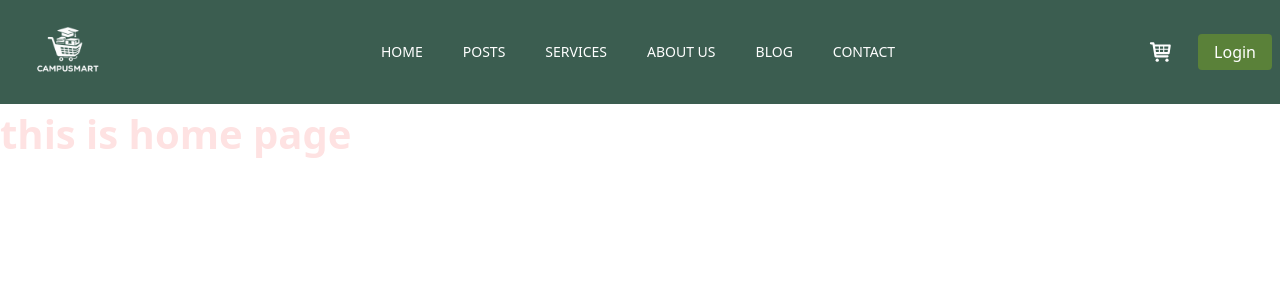
Repository: jahidhasanri/CAMPUSMART
Page: /
The author's editor kept a copy of each file at every save. The page is drawn from the files as they stood at one save, then again after the next save.
The browser window is 1280 px wide. The pictures show the whole page.
The project was rebuilt for these pictures with package versions that can differ from the ones it lists, and the page was loaded fresh each time. Also part of the build but not shown: vite.config.js.

Above is the page before, as saved 2026-01-12 21:58:48.

### index.html
<!doctype html>
<html lang="en">
  <head>
    <meta charset="UTF-8" />
    <link rel="icon" type="image/svg+xml" href="/vite.svg" />
    <meta name="viewport" content="width=device-width, initial-scale=1.0" />
    <title>campusmart</title>
  </head>
  <body>
    <div id="root"></div>
    <script type="module" src="/src/main.jsx"></script>
  </body>
</html>

### src/main.jsx
import { StrictMode } from 'react'
import { createRoot } from 'react-dom/client'
import './index.css'
import { RouterProvider } from 'react-router-dom'
import Router from './router/Router.jsx'


createRoot(document.getElementById('root')).render(
  <StrictMode>
    <RouterProvider router={Router} />
  </StrictMode>,
)

### src/router/Router.jsx
import { createBrowserRouter } from "react-router-dom";
import Home from "../Pages/Home.jsx";
import Main from "../components/Main.jsx";


const Router = createBrowserRouter([
  {
    path: "/",
    element: <Main></Main>,
    children:[
        {
            index:true,
            element:<Home></Home>
        }
    ]
  },
]);

export default Router;

### src/Pages/Home.jsx
import React from 'react';

const Home = () => {
    return (
        <div>
            <h1 className='text-[40px] font-bold text-red-100'>this is home page</h1>
        </div>
    );
};

export default Home;

### src/components/Main.jsx
import React from 'react';
import { Outlet } from 'react-router-dom';
import Navbar from './Navbar';

const Main = () => {
    return (
        <div className=''>
            <Navbar></Navbar>
            <div className="min-h-[calc(100vh-422px)]">

            <Outlet></Outlet>
            </div>
            {/* <Footer></Footer> */}
        </div>
    );
};

export default Main;

### src/components/Navbar.jsx

import { useState } from "react";
import { Link } from "react-router-dom";
import { TiShoppingCart } from "react-icons/ti";
import { HiMenuAlt3, HiX } from "react-icons/hi";

const Navbar = () => {
  const [menuOpen, setMenuOpen] = useState(false);

  const navLinks = [
    { name: "HOME", path: "/" },
    { name: "POSTS", path: "/products" },
    { name: "SERVICES", path: "/services" },
    { name: "ABOUT US", path: "/about" },
    { name: "BLOG", path: "/blog" },
    { name: "CONTACT", path: "/contact" },
  ];

  return (
    <header className="bg-[#3b5d50] text-white">
      <div className="max-w-[1300px]  mx-auto px-2 py-5">
        <div className="flex items-center justify-between h-16">

          {/* Logo */}
         <Link href={'/'}>
          <img src="/images/campu_logo-removebg-preview.png" className="w-30 h-20" alt="Green Nest Logo" />
         </Link>

          {/* Desktop Menu (lg only) */}
          <ul className="hidden lg:flex gap-10 font-normal text-sm">
            {navLinks.map((link) => {
              return (
                <li key={link.path}>
                  <Link
                    href={link.path}
                    className={`pb-1 transition-all duration-300`}
                  >
                    {link.name}
                  </Link>
                </li>
              );
            })}
          </ul>

          {/* Cart + Login (md and up) */}
          <Link href={'/login'} className="hidden md:flex items-center gap-6">
            <TiShoppingCart
              size={26}
              className="cursor-pointer hover:text-[#5a8139]"
            />
            <button className="bg-[#5a8139] hover:bg-[#5b8139d7] px-4 py-1.5 cursor-pointer rounded">
              Login
            </button>
          </Link>

          {/* Hamburger (md & sm only) */}
          <div className="lg:hidden">
            <button onClick={() => setMenuOpen(!menuOpen)}>
              {menuOpen ? <HiX size={28} /> : <HiMenuAlt3 size={28} />}
            </button>
          </div>
        </div>

        {/* Mobile + Tablet Menu */}
        {menuOpen && (
          <div className="lg:hidden mt-4">
            <ul className="flex flex-col gap-4 font-medium">
              {navLinks.map((link) => {
                return (
                  <li key={link.path}>
                    <Link
                      href={link.path}
                      onClick={() => setMenuOpen(false)}
                      className={`block pb-1`}
                    >
                      {link.name}
                    </Link>
                  </li>
                );
              })}
            </ul>

                <Link href={'/login'} className=" md:hidden items-center gap-6">
            <TiShoppingCart
              size={26}
              className="cursor-pointer mb-5 mt-5 hover:text-[#5a8139]"
            />
            <button className="bg-[#5a8139] mb-5 hover:bg-[#5b8139d7] px-4 py-1.5 cursor-pointer rounded">
              Login
            </button>
          </Link>

          </div>
        )}
      </div>
    </header>
  );
};

export default Navbar;

Loaded but not shown: src/index.css (common file); tailwind.config.js (common file)

After the next save:
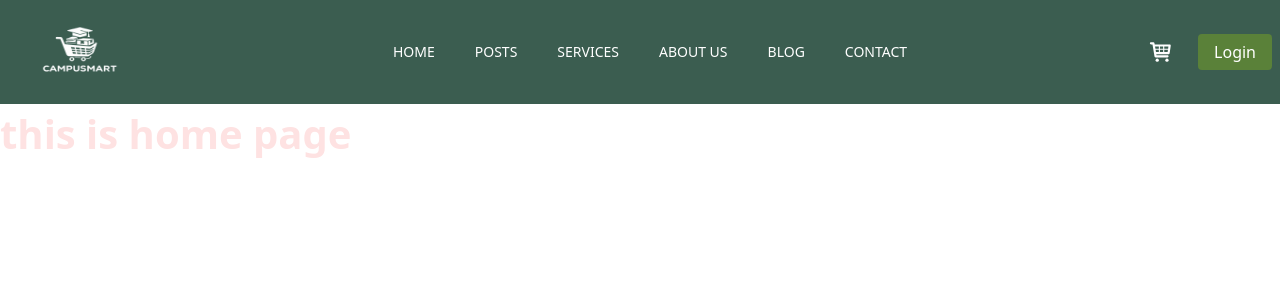
Saved 13 s later.
--- a/src/components/Navbar.jsx
+++ b/src/components/Navbar.jsx
@@ -23,7 +23,7 @@ const Navbar = () => {
 
           {/* Logo */}
          <Link href={'/'}>
-          <img src="/images/campu_logo-removebg-preview.png" className="w-30 h-20" alt="Green Nest Logo" />
+          <img src="/images/campu_logo-removebg-preview.png" className="w-36 h-20" alt="Green Nest Logo" />
          </Link>
 
           {/* Desktop Menu (lg only) */}
